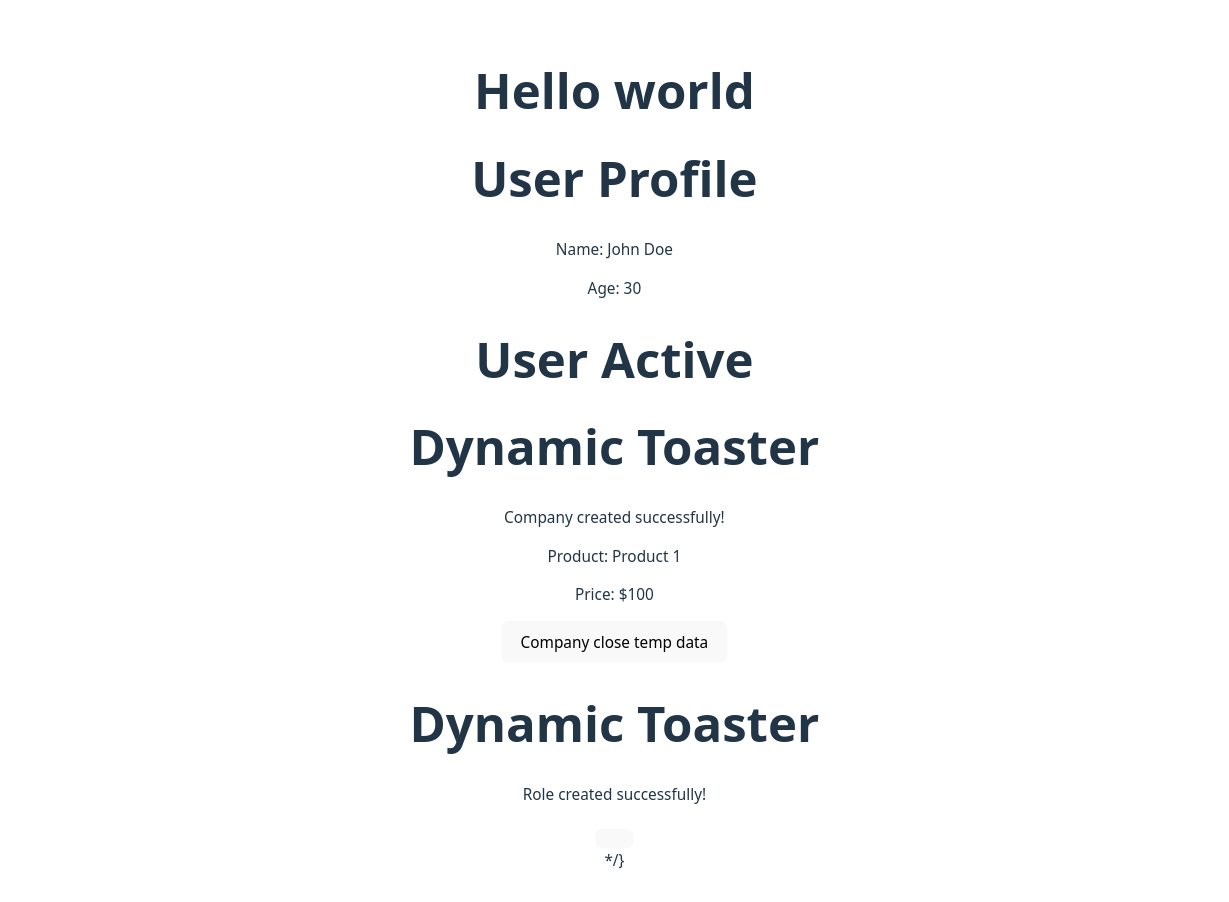
Repository: Janum4444/React-learning
Page: /
The author's editor kept a copy of each file at every save. The page is drawn from the files as they stood at one save, then again after the next save.
The browser window is 1280 px wide. The pictures show the whole page, at 96% of full size.
The project was rebuilt for these pictures with package versions that can differ from the ones it lists, and the page was loaded fresh each time. Also part of the build but not shown: vite.config.js, src/Hello.jsx.

Above is the page before, as saved 2026-02-22 12:42:05.

### src/App.jsx

import './App.css'
import { DynamicToaster } from './DynamicToaster.jsx'
import { Hello } from './Hello.jsx'
import {UserProfile, CustomComponent} from './UserProfile.jsx'

function App() {

  let product = [
    {
      id: 1,
      name: "Product 1",
      price: 100
    },
    {
      id: 2,
      name: "Product 2",
      price: 200
    }
  ]

  return (
    <>
      <div>
        <h1> Hello world</h1>
        <UserProfile />
        {/* <CustomComponent />
        <Hello />   */}
        {/* <DynamicToaster  product={product[0]} />

        {/* //company creation */}
        <DynamicToaster message="Company created successfully!" product={product[0]} label="Company close" temp="temp data" />

        <DynamicToaster message="Role created successfully!" />   */}


      </div>
    </>
  )
}

export default App

### src/DynamicToaster.jsx
import { Button } from "./Button"

export const DynamicToaster = ({message = "Default message", product, ...rest   }) => {
    // console.log(props);
    // let {message, product} = props

    return (
        <div>
            <h1> Dynamic Toaster </h1>
            <p>{message}</p>
            {product && (
                <div>
                    <p>Product: {product.name}</p>
                    <p>Price: ${product.price}</p>
                </div>
            )}

            <Button {...rest} onClick={() => alert("Button clicked!")} />
        </div>
    )
}

### src/UserProfile.jsx


export const UserProfile = () => {
    return (
        <div>
            <h1> User Profile </h1>
            <p>Name: John Doe</p>
            <p>Age: 30</p>
            <h1>User Active</h1>
        </div>
    )
}


export const CustomComponent = () => {
    return (
        <div>
            <h1> Custom Component </h1>
        </div>
    )
}

### src/Button.jsx
export const Button = ({ label, onClick, temp }) => {
    return (
        <button onClick={onClick}>{label} {temp}</button>
    )
}

Loaded but not shown: src/main.jsx (common file); src/index.css (common file); src/App.css (common file)

After the next save:
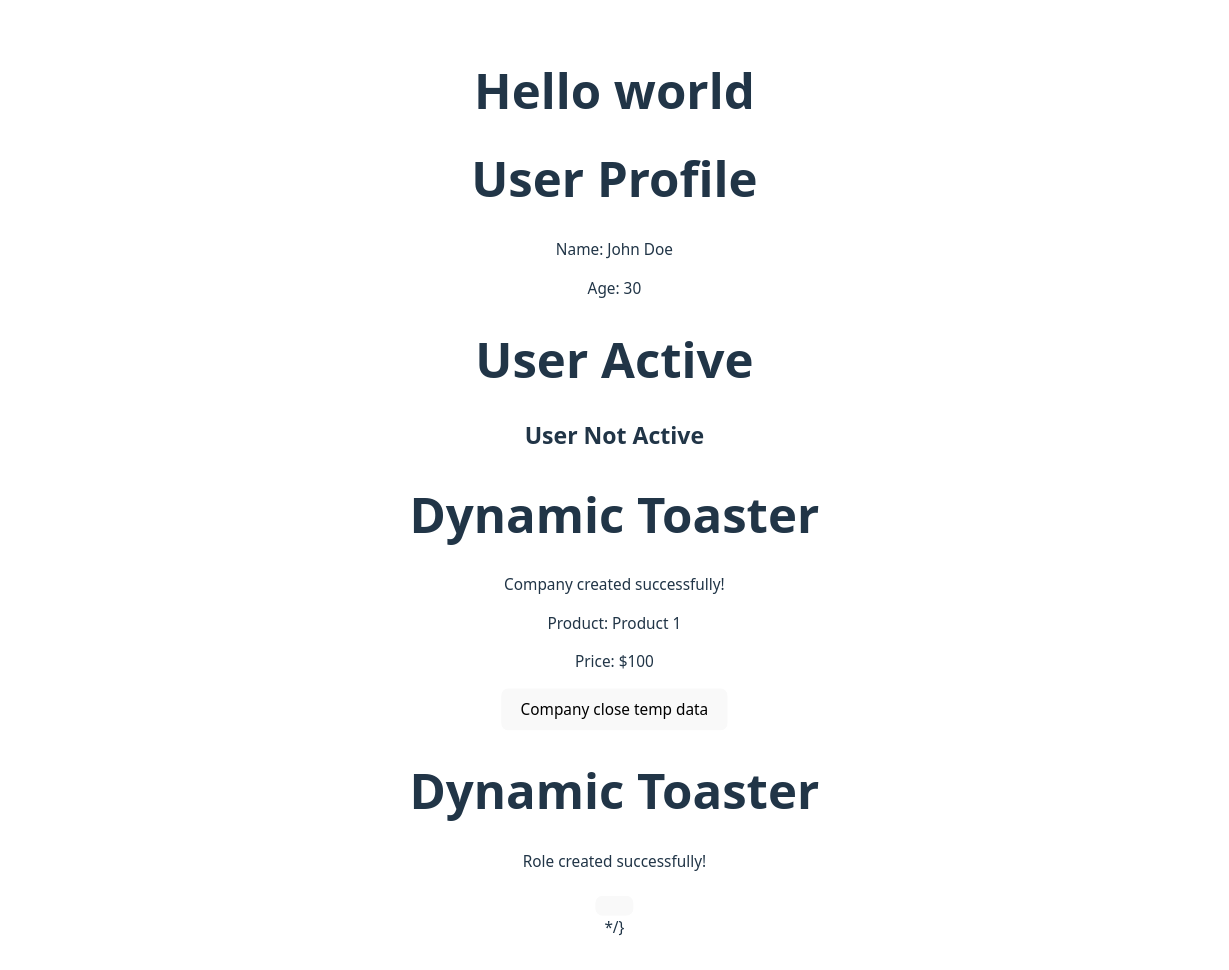
Saved 19 s later.
--- a/src/UserProfile.jsx
+++ b/src/UserProfile.jsx
@@ -7,6 +7,7 @@ export const UserProfile = () => {
             <p>Name: John Doe</p>
             <p>Age: 30</p>
             <h1>User Active</h1>
+            <h2>User Not Active</h2>
         </div>
     )
 }
